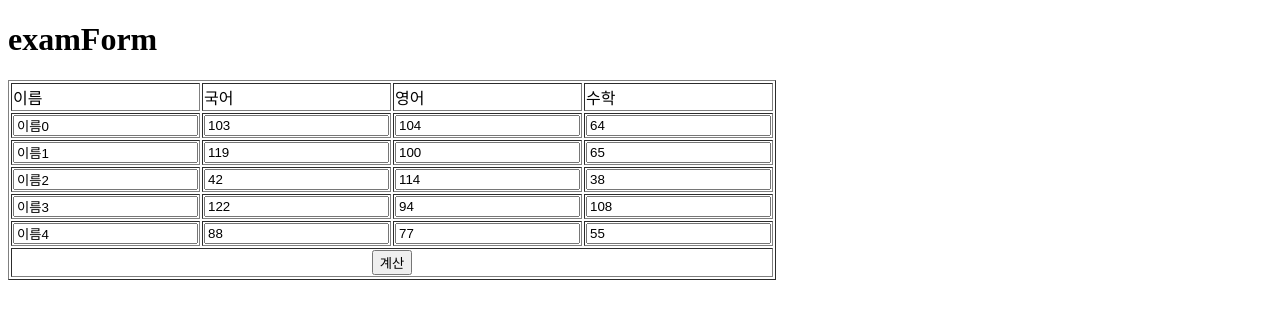
Repository: Jhoon0211/java_work
Page: http://localhost/jspProj/exam/examForm.jsp
The author's editor kept a copy of each file at every save. The page is drawn from the files as they stood at one save, then again after the next save.
The browser window is 1280 px wide. The pictures show the whole page.
The page is served by Tomcat 9. Other server files are loaded and not shown.

Above is the page before, as saved 2023-07-31 11:38:13.

### jspProj/src/main/webapp/exam/examForm.jsp
<%@ page language="java" contentType="text/html; charset=UTF-8"
    pageEncoding="UTF-8"%>
<!DOCTYPE html>
<html>
<head>
<meta charset="UTF-8">
<title>Insert title here</title>
</head>
<body>
<h1>examForm</h1>
	<form action="examReg.jsp">
		<table border="">
			<tr>
				<td>이름</td>
				<td>국어</td>
				<td>영어</td>
				<td>수학</td>
			</tr>
			<% for(int i = 0; i<5; i++){ %>
			<tr>
				<td><input type="text" name="name" value="<%="이름" + i %>"/></td>
				<td><input type="text" name="kor" value="<%=(int)(Math.random()*100+30)%>"/></td>
				<td><input type="text" name="eng" value="<%=(int)(Math.random()*100+30) %>"/></td>
				<td><input type="text" name="math" value="<%=(int)(Math.random()*100+30) %>"/></td>
			</tr>
			<% } %>
			<tr>
				<td colspan="8" align="center">
					<input type="submit" value="계산" />
				</td>
			</tr>
		</table>
	</form>
</body>
</html>

After the next save:
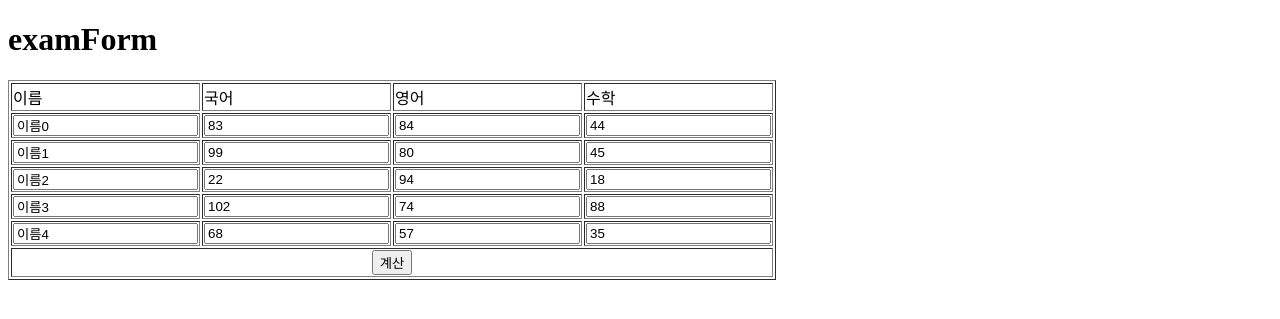
Saved 9 s later.
--- a/jspProj/src/main/webapp/exam/examForm.jsp
+++ b/jspProj/src/main/webapp/exam/examForm.jsp
@@ -19,9 +19,9 @@
 			<% for(int i = 0; i<5; i++){ %>
 			<tr>
 				<td><input type="text" name="name" value="<%="이름" + i %>"/></td>
-				<td><input type="text" name="kor" value="<%=(int)(Math.random()*100+30)%>"/></td>
-				<td><input type="text" name="eng" value="<%=(int)(Math.random()*100+30) %>"/></td>
-				<td><input type="text" name="math" value="<%=(int)(Math.random()*100+30) %>"/></td>
+				<td><input type="text" name="kor" value="<%=(int)(Math.random()*100+10)%>"/></td>
+				<td><input type="text" name="eng" value="<%=(int)(Math.random()*100+10) %>"/></td>
+				<td><input type="text" name="math" value="<%=(int)(Math.random()*100+10) %>"/></td>
 			</tr>
 			<% } %>
 			<tr>
